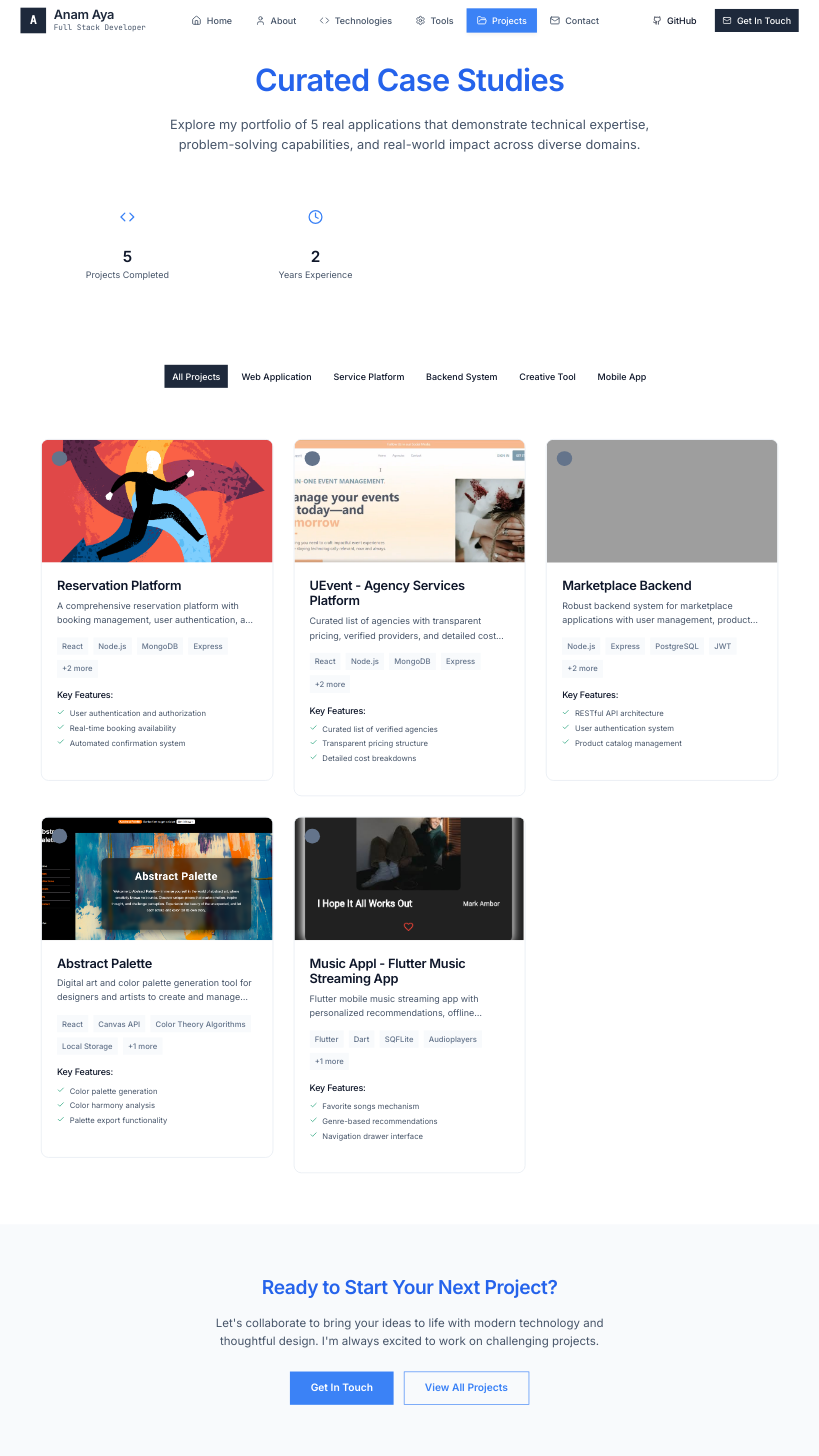
Repository: ayaaas/portflio_aya
Page: /projects-curated-case-studies
The author's editor kept a copy of each file at every save. The page is drawn from the files as they stood at one save, then again after the next save.
The browser window is 1280 px wide. The pictures show the whole page, at 64% of full size.
Pictures or frames that could not be fetched are drawn as grey boxes. The project was rebuilt for these pictures with package versions that can differ from the ones it lists, and the page was loaded fresh each time. Also part of the build but not shown: vite.config.mjs, src/components/ErrorBoundary.jsx, src/pages/hero-section-developer-portfolio/components/ProfileImage.jsx, src/pages/hero-section-developer-portfolio/components/AnimatedText.jsx, src/pages/hero-section-developer-portfolio/components/HeroContent.jsx, src/pages/hero-section-developer-portfolio/components/BackgroundPattern.jsx, src/pages/hero-section-developer-portfolio/components/ScrollIndicator.jsx, src/pages/hero-section-developer-portfolio/index.jsx and 24 more.

Above is the page before, as saved 2025-07-19 22:08:24.

### index.html
<!doctype html>
<html lang="en">

<head>
  <meta charset="utf-8" />
  <title>anam-aya-portfolio</title>
  <meta name="viewport" content="width=device-width, initial-scale=1.0" />
  <meta name="theme-color" content="#000000" />
  <meta name="description" content="Web site created using create-react-app" />
  <link rel="icon" href="/favicon.ico" />
  <link rel="manifest" href="/manifest.json" />
<script type="module" src="https://static.rocket.new/rocket-web.js?_cfg=https%3A%2F%2Fanamayap2173back.builtwithrocket.new&_be=https%3A%2F%2Fapplication.rocket.new&_v=0.1.6"></script>
</head>

<body>
  <noscript>You need to enable JavaScript to run this app.</noscript>
  <div class="dhiwise-code" id="root"></div>
  <script type="module" src="/src/index.jsx"></script>
</body>

</html>

### src/Routes.jsx
import React from "react";
import { BrowserRouter, Routes as RouterRoutes, Route } from "react-router-dom";
import ScrollToTop from "components/ScrollToTop";
import ErrorBoundary from "components/ErrorBoundary";
// Add your imports here
import HeroSectionDeveloperPortfolio from "pages/hero-section-developer-portfolio";
import AboutMePersonalNarrative from "pages/about-me-personal-narrative";
import ToolsProfessionalWorkflowDisplay from "pages/tools-professional-workflow-display";
import ContactCommunicationPortal from "pages/contact-communication-portal";
import TechnologiesInteractiveStackShowcase from "pages/technologies-interactive-stack-showcase";
import ProjectsCuratedCaseStudies from "pages/projects-curated-case-studies";
import NotFound from "pages/NotFound";

const Routes = () => {
  return (
    <BrowserRouter>
      <ErrorBoundary>
      <ScrollToTop />
      <RouterRoutes>
        {/* Define your routes here */}
        <Route path="/" element={<HeroSectionDeveloperPortfolio />} />
        <Route path="/hero-section-developer-portfolio" element={<HeroSectionDeveloperPortfolio />} />
        <Route path="/about-me-personal-narrative" element={<AboutMePersonalNarrative />} />
        <Route path="/tools-professional-workflow-display" element={<ToolsProfessionalWorkflowDisplay />} />
        <Route path="/contact-communication-portal" element={<ContactCommunicationPortal />} />
        <Route path="/technologies-interactive-stack-showcase" element={<TechnologiesInteractiveStackShowcase />} />
        <Route path="/projects-curated-case-studies" element={<ProjectsCuratedCaseStudies />} />
        <Route path="*" element={<NotFound />} />
      </RouterRoutes>
      </ErrorBoundary>
    </BrowserRouter>
  );
};

export default Routes;

### src/pages/projects-curated-case-studies/index.jsx
import React, { useState, useEffect } from 'react';
import { motion } from 'framer-motion';
import Header from '../../components/ui/Header';
import ProjectCard from './components/ProjectCard';
import ProjectModal from './components/ProjectModal';
import ProjectFilter from './components/ProjectFilter';
import ProjectStats from './components/ProjectStats';

const ProjectsCuratedCaseStudies = () => {
  const [selectedProject, setSelectedProject] = useState(null);
  const [isModalOpen, setIsModalOpen] = useState(false);
  const [activeCategory, setActiveCategory] = useState('All');
  const [filteredProjects, setFilteredProjects] = useState([]);
  const [currentProjectIndex, setCurrentProjectIndex] = useState(0);

  // Real project data - only 6 projects as per user's actual work
  const projects = [
    {
      id: 1,
      title: " Reservation Platform",
      category: "Web Application",
      description: "A comprehensive reservation platform  with booking management, user authentication, and real-time availability tracking.",
      detailedDescription: " Reservation Platform is a full-stack web application designed to streamline the booking process for ANP services. Features include user authentication, real-time availability checking, booking management, and automated confirmation systems.",
      image: "",
      additionalImages: [
        "public/assets/images/finalanp.png"
      ],
      technologies: ["React", "Node.js", "MongoDB", "Express", "JWT", "Tailwind CSS"],
      keyFeatures: [
        "User authentication and authorization",
        "Real-time booking availability",
        "Automated confirmation system",
        "Booking management dashboard",
        "Responsive design",

      ],


    },
    {
      id: 2,
      title: "UEvent - Agency Services Platform",
      category: "Service Platform",
      description: "Curated list of agencies with transparent pricing, verified providers, and detailed cost breakdowns to avoid hidden fees.",
      detailedDescription: "UEvent is a B2C service platform connecting clients with verified agencies. Features transparent pricing with detailed cost breakdowns, verified provider listings, and a dedicated platform for agencies to showcase their work and attract potential clients.",
      image: "public/assets/images/accueil_event.png",
      additionalImages: [
        "public/assets/images/contact.png",
        "public/assets/images/loginevent.png",
        "public/assets/images/payement.png",
        "public/assets/images/Capture d’écran 2025-07-19 011956.png",
        "public/assets/images/payement 2.png",
        "public/assets/images/profile.png",
      ],
      technologies: ["React", "Node.js", "MongoDB", "Express", "Stripe", "Tailwind CSS"],
      keyFeatures: [
        "Curated list of verified agencies",
        "Transparent pricing structure",
        "Detailed cost breakdowns",
        "Agency portfolio showcase",
        "Client review system",
        "Secure payment processing",
        "Enhanced client acquisition tools",
        "Reputation management system"
      ],


    },
    {
      id: 3,
      title: "Marketplace Backend",
      category: "Backend System",
      description: "Robust backend system for marketplace applications with user management, product catalog, and order processing capabilities.",
      detailedDescription: "A comprehensive backend system designed for marketplace applications. Features include user authentication, product management, order processing, payment integration, and real-time notifications.",
      image: "https://images.unsplash.com/photo-1611162617474-5b21e879e113?w=800&h=600&fit=crop",
      additionalImages: [
      ],
      technologies: ["Node.js", "Express", "PostgreSQL", "JWT", "Stripe API", "Socket.io"],
      keyFeatures: [
        "RESTful API architecture",
        "User authentication system",
        "Product catalog management",
        "Order processing system",
        "Payment integration",
        "Real-time notifications",
        "Database optimization",
        "Security middleware"
      ],

    },
    {
      id: 4,
      title: "Abstract Palette",
      category: "Creative Tool",
      description: "Digital art and color palette generation tool for designers and artists to create and manage color schemes.",
      detailedDescription: "Abstract Palette is a creative tool designed for digital artists and designers. It provides advanced color palette generation, color harmony analysis, and palette management features.",
      image: "public/assets/images/Capture d'écran 2025-04-16 030157.png",
      additionalImages: [
        "public/assets/images/Capture d'écran 2025-04-16 030453.png",
      ],
      technologies: ["React", "Canvas API", "Color Theory Algorithms", "Local Storage", "CSS3"],
      keyFeatures: [
        "Color palette generation",
        "Color harmony analysis",
        "Palette export functionality",
        "Color accessibility checker",
        "Gradient generator",
        "Color picker tools",
        "Save and organize palettes",
        "Mobile-responsive design"
      ],

    },

    {
      id: 6,
      title: "Music Appl - Flutter Music Streaming App",
      category: "Mobile App",
      description: "Flutter mobile music streaming app with personalized recommendations, offline storage, and seamless audio playback.",
      detailedDescription: "Music Appl is a Flutter mobile music streaming app designed for personalized listening experiences. Features include favorite mechanism, recommendation system based on genres, navigation drawer, light/dark themes, SQFLite for offline storage, and audioplayers for seamless playback.",
      image: "public/assets/images/Capture d’écran 2025-01-12 221017.png",
      additionalImages: [

      ],
      technologies: ["Flutter", "Dart", "SQFLite", "Audioplayers", "Material Design"],
      keyFeatures: [
        "Favorite songs mechanism",
        "Genre-based recommendations",
        "Navigation drawer interface",
        "Light and dark themes",
        "Offline music storage with SQFLite",
        "Seamless audio playback",
        "Play, pause, stop controls",
        "Background audio playback",
        "Multiple audio format support",
        "Playlist creation (in development)",
        "User login system (planned)",
        "Social sharing (planned)"
      ],

    }
  ];

  // Project statistics - updated to reflect actual 6 projects
  const projectStats = [
    { icon: "Code", value: "5", label: "Projects Completed" },
    { icon: "Clock", value: "2", label: "Years Experience" }


  ];

  // Get unique categories
  const categories = [...new Set(projects.map(project => project.category))];

  // Filter projects based on active category
  useEffect(() => {
    if (activeCategory === 'All') {
      setFilteredProjects(projects);
    } else {
      setFilteredProjects(projects.filter(project => project.category === activeCategory));
    }
  }, [activeCategory]);

  // Auto-scroll projects every 30 seconds
  useEffect(() => {
    const interval = setInterval(() => {
      setCurrentProjectIndex((prevIndex) => (prevIndex + 1) % projects.length);
    }, 30000);

    return () => clearInterval(interval);
  }, [projects.length]);

  const handleViewDetails = (project) => {
    setSelectedProject(project);
    setIsModalOpen(true);
  };

  const handleCloseModal = () => {
    setIsModalOpen(false);
    setSelectedProject(null);
  };

  const handleCategoryChange = (category) => {
    setActiveCategory(category);
  };

  return (
    <div className="min-h-screen bg-background">
      <Header />

      {/* Hero Section */}
      <section className="pt-24 pb-16 px-6 lg:px-8">
        <div className="max-w-6xl mx-auto text-center">
          <motion.div
            initial={{ opacity: 0, y: 30 }}
            animate={{ opacity: 1, y: 0 }}
            transition={{ duration: 0.8 }}
          >
            <h1 className="text-4xl md:text-5xl font-bold text-blue-600 mb-6">
              Curated Case Studies
            </h1>
            <p className="text-xl text-text-secondary max-w-3xl mx-auto leading-relaxed">
              Explore my portfolio of 5 real applications that demonstrate technical expertise,
              problem-solving capabilities, and real-world impact across diverse domains.
            </p>
          </motion.div>
        </div>
      </section>

      {/* Project Statistics */}
      <section className="pb-16 px-6 lg:px-8">
        <div className="max-w-6xl mx-auto">
          <motion.div
            initial={{ opacity: 0, y: 30 }}
            animate={{ opacity: 1, y: 0 }}
            transition={{ duration: 0.8, delay: 0.2 }}
          >
            <ProjectStats stats={projectStats} />
          </motion.div>
        </div>
      </section>

      {/* Project Filter */}
      <section className="pb-8 px-6 lg:px-8">
        <div className="max-w-6xl mx-auto">
          <motion.div
            initial={{ opacity: 0, y: 30 }}
            animate={{ opacity: 1, y: 0 }}
            transition={{ duration: 0.8, delay: 0.4 }}
          >
            <ProjectFilter
              categories={categories}
              activeCategory={activeCategory}
              onCategoryChange={handleCategoryChange}
            />
          </motion.div>
        </div>
      </section>

      {/* Projects Grid */}
      <section className="pb-20 px-6 lg:px-8">
        <div className="max-w-6xl mx-auto">
          <motion.div
            initial={{ opacity: 0 }}
            animate={{ opacity: 1 }}
            transition={{ duration: 0.8, delay: 0.6 }}
            className="grid grid-cols-1 md:grid-cols-2 lg:grid-cols-3 gap-8"
          >
            {filteredProjects.map((project, index) => (
              <motion.div
                key={project.id}
                initial={{ opacity: 0, y: 30 }}
                animate={{ opacity: 1, y: 0 }}
                transition={{ duration: 0.6, delay: index * 0.1 }}
              >
                <ProjectCard
                  project={project}
                  onViewDetails={handleViewDetails}
                />
              </motion.div>
            ))}
          </motion.div>
        </div>
      </section>

      {/* Call to Action */}
      <section className="py-20 px-6 lg:px-8 bg-muted">
        <div className="max-w-4xl mx-auto text-center">
          <motion.div
            initial={{ opacity: 0, y: 30 }}
            animate={{ opacity: 1, y: 0 }}
            transition={{ duration: 0.8 }}
          >
            <h2 className="text-3xl font-bold text-blue-600 mb-6">
              Ready to Start Your Next Project?
            </h2>
            <p className="text-lg text-text-secondary mb-8 max-w-2xl mx-auto">
              Let's collaborate to bring your ideas to life with modern technology
              and thoughtful design. I'm always excited to work on challenging projects.
            </p>
            <div className="flex flex-col sm:flex-row gap-4 justify-center">
              <button
                onClick={() => window.location.href = '/contact-communication-portal'}
                className="px-8 py-3 bg-accent text-accent-foreground rounded-lg font-semibold hover-lift transition-all-300 flex items-center justify-center space-x-2"
              >
                <span>Get In Touch</span>
              </button>
              <button
                onClick={() => window.open('https://github.com/anamaya', '_blank')}
                className="px-8 py-3 border border-accent text-accent rounded-lg font-semibold hover-lift transition-all-300 flex items-center justify-center space-x-2"
              >
                <span>View All Projects</span>
              </button>
            </div>
          </motion.div>
        </div>
      </section>

      {/* Project Modal */}
      <ProjectModal
        project={selectedProject}
        isOpen={isModalOpen}
        onClose={handleCloseModal}
      />
    </div>
  );
};

export default ProjectsCuratedCaseStudies;

### src/components/ui/Button.jsx
import React from 'react';
import { Slot } from "@radix-ui/react-slot";
import { cva } from "class-variance-authority";
import { cn } from "../../utils/cn";
import Icon from '../AppIcon';

const buttonVariants = cva(
    "inline-flex items-center justify-center whitespace-nowrap rounded-md text-sm font-medium ring-offset-background transition-colors focus-visible:outline-none focus-visible:ring-2 focus-visible:ring-ring focus-visible:ring-offset-2 disabled:pointer-events-none disabled:opacity-50",
    {
        variants: {
            variant: {
                default: "bg-primary text-primary-foreground hover:bg-primary/90",
                destructive: "bg-destructive text-destructive-foreground hover:bg-destructive/90",
                outline: "border border-input hover:bg-accent hover:text-accent-foreground",
                secondary: "bg-secondary text-secondary-foreground hover:bg-secondary/80",
                ghost: "hover:bg-accent hover:text-accent-foreground",
                link: "text-primary underline-offset-4 hover:underline",
                success: "bg-success text-success-foreground hover:bg-success/90",
                warning: "bg-warning text-warning-foreground hover:bg-warning/90",
                danger: "bg-error text-error-foreground hover:bg-error/90",
            },
            size: {
                default: "h-10 px-4 py-2",
                sm: "h-9 rounded-md px-3",
                lg: "h-11 rounded-md px-8",
                icon: "h-10 w-10",
                xs: "h-8 rounded-md px-2 text-xs",
                xl: "h-12 rounded-md px-10 text-base",
            },
        },
        defaultVariants: {
            variant: "default",
            size: "default",
        },
    }
);

const Button = React.forwardRef(({
    className,
    variant,
    size,
    asChild = false,
    children,
    loading = false,
    iconName = null,
    iconPosition = 'left',
    iconSize = null,
    fullWidth = false,
    disabled = false,
    ...props
}, ref) => {
    const Comp = asChild ? Slot : "button";

    // Icon size mapping based on button size
    const iconSizeMap = {
        xs: 12,
        sm: 14,
        default: 16,
        lg: 18,
        xl: 20,
        icon: 16,
    };

    const calculatedIconSize = iconSize || iconSizeMap[size] || 16;

    // Loading spinner
    const LoadingSpinner = () => (
        <svg className="animate-spin -ml-1 mr-2 h-4 w-4" fill="none" viewBox="0 0 24 24">
            <circle className="opacity-25" cx="12" cy="12" r="10" stroke="currentColor" strokeWidth="4" />
            <path className="opacity-75" fill="currentColor" d="M4 12a8 8 0 018-8V0C5.373 0 0 5.373 0 12h4zm2 5.291A7.962 7.962 0 014 12H0c0 3.042 1.135 5.824 3 7.938l3-2.647z" />
        </svg>
    );

    // Icon rendering
    const renderIcon = () => {
        if (!iconName) return null;

        return (
            <Icon
                name={iconName}
                size={calculatedIconSize}
                className={cn(
                    children && iconPosition === 'left' && "mr-2",
                    children && iconPosition === 'right' && "ml-2"
                )}
            />
        );
    };

    return (
        <Comp
            className={cn(
                buttonVariants({ variant, size, className }),
                fullWidth && "w-full"
            )}
            ref={ref}
            disabled={disabled || loading}
            {...props}
        >
            {loading && <LoadingSpinner />}
            {iconName && iconPosition === 'left' && renderIcon()}
            {children}
            {iconName && iconPosition === 'right' && renderIcon()}
        </Comp>
    );
});

Button.displayName = "Button";

export default Button;

### src/pages/projects-curated-case-studies/components/ProjectFilter.jsx
import React from 'react';
import Button from '../../../components/ui/Button';

const ProjectFilter = ({ categories, activeCategory, onCategoryChange }) => {
  return (
    <div className="flex flex-wrap gap-2 justify-center mb-12">
      <Button
        variant={activeCategory === 'All' ? 'default' : 'outline'}
        size="sm"
        onClick={() => onCategoryChange('All')}
        className="transition-all-300"
      >
        All Projects
      </Button>
      {categories.map((category) => (
        <Button
          key={category}
          variant={activeCategory === category ? 'default' : 'outline'}
          size="sm"
          onClick={() => onCategoryChange(category)}
          className="transition-all-300"
        >
          {category}
        </Button>
      ))}
    </div>
  );
};

export default ProjectFilter;

### src/pages/projects-curated-case-studies/components/ProjectStats.jsx
import React from 'react';
import Icon from '../../../components/AppIcon';

const ProjectStats = ({ stats }) => {
  return (
    <div className="grid grid-cols-2 md:grid-cols-4 gap-6 mb-16">
      {stats.map((stat, index) => (
        <div key={index} className="text-center">
          <div className="w-16 h-16 bg-accent/10 rounded-full flex items-center justify-center mx-auto mb-4">
            <Icon name={stat.icon} size={24} className="text-accent" />
          </div>
          <div className="text-2xl font-bold text-text-primary mb-1">{stat.value}</div>
          <div className="text-sm text-text-secondary">{stat.label}</div>
        </div>
      ))}
    </div>
  );
};

export default ProjectStats;

Loaded but not shown: src/index.jsx (common file); src/App.jsx (common file); src/styles/tailwind.css (library); src/styles/index.css (common file); src/components/ScrollToTop.jsx (common file); src/components/AppIcon.jsx (common file); src/components/AppImage.jsx (common file); src/utils/cn.js (common file); tailwind.config.js (148 lines, source omitted); src/components/ui/Header.jsx (183 lines, source omitted); src/pages/projects-curated-case-studies/components/ProjectCard.jsx (118 lines, source omitted)

After the next save:
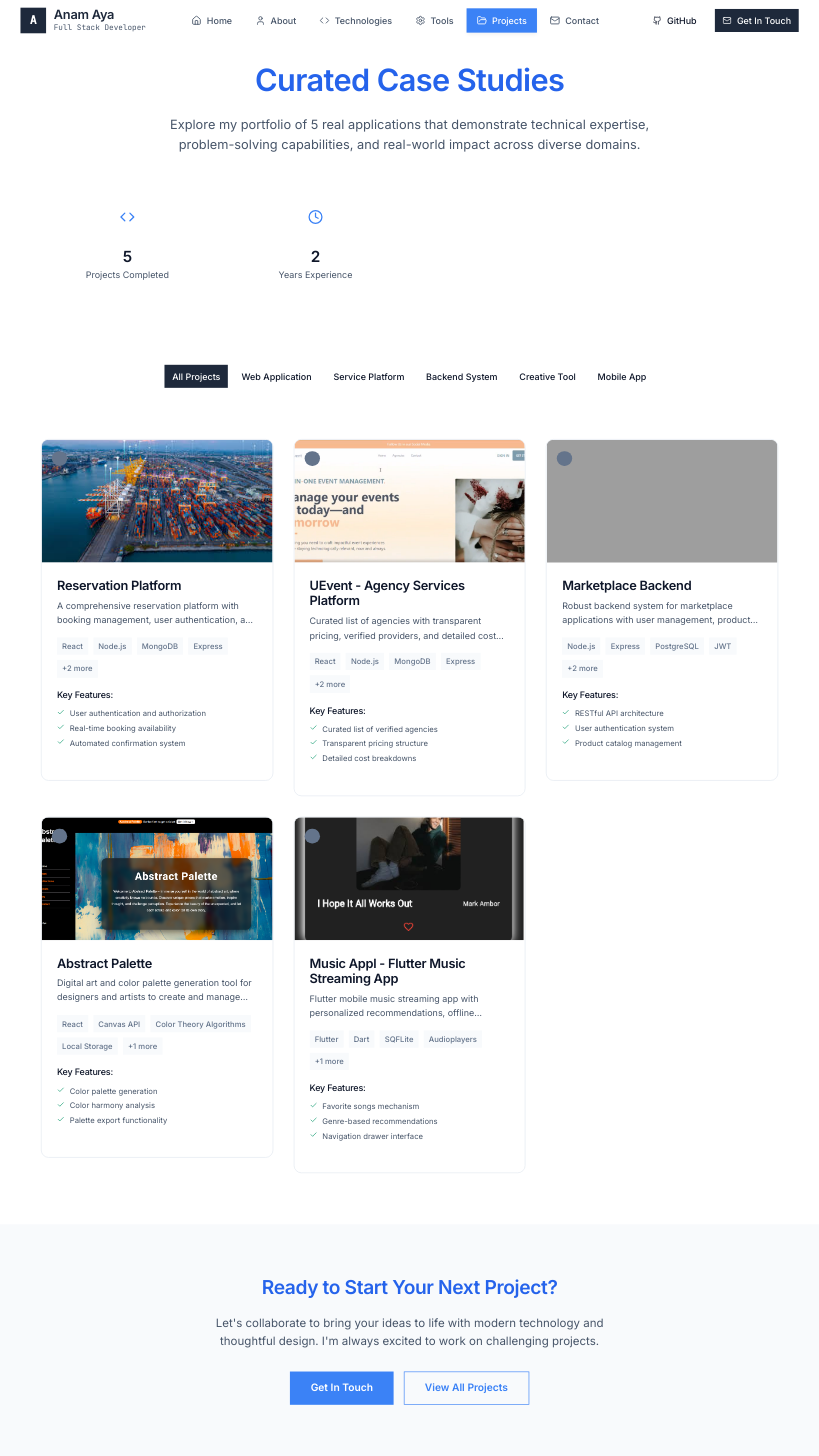
Saved 31 s later.
--- a/src/pages/projects-curated-case-studies/index.jsx
+++ b/src/pages/projects-curated-case-studies/index.jsx
@@ -21,7 +21,7 @@ const ProjectsCuratedCaseStudies = () => {
       category: "Web Application",
       description: "A comprehensive reservation platform  with booking management, user authentication, and real-time availability tracking.",
       detailedDescription: " Reservation Platform is a full-stack web application designed to streamline the booking process for ANP services. Features include user authentication, real-time availability checking, booking management, and automated confirmation systems.",
-      image: "",
+      image: "public/assets/images/images.jpg",
       additionalImages: [
         "public/assets/images/finalanp.png"
       ],
